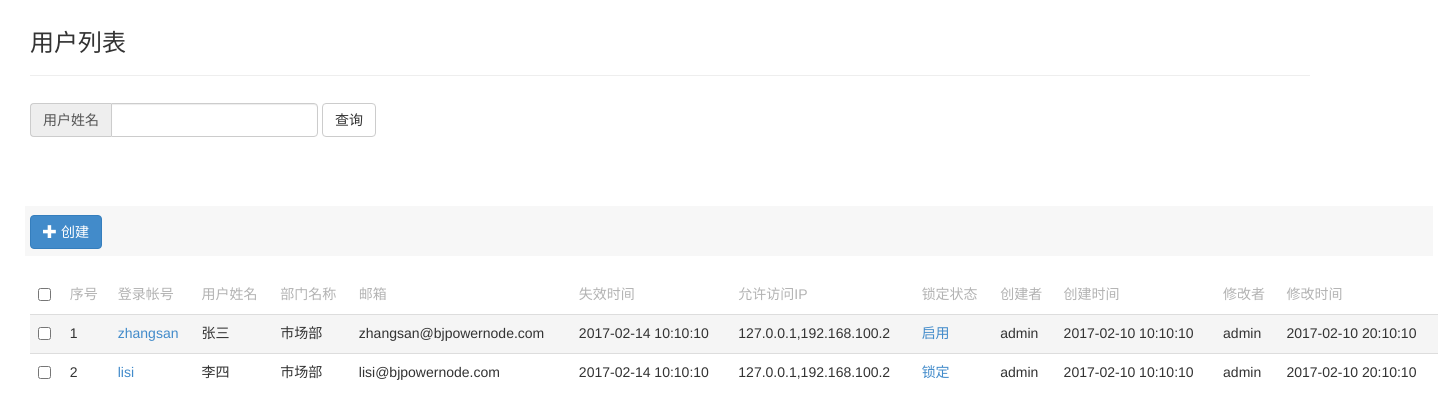
Repository: yangxshn/hsf
Page: hsf/user_consumer/src/main/webapp/index.html
These files come from the project's save history. The page is drawn as it stood at one moment and after the next save; the edit follows.
The browser window is 1280 px wide. The page is 1438 px wide, so the pictures cover 1438 px, including what lies to the right of the window. The pictures show the whole page.

Above is the page before, as saved 2017-09-29 06:46:40.

### hsf/user_consumer/src/main/webapp/index.html
<!DOCTYPE html>
<html>
<head>
<meta charset="UTF-8">
<link href="static/bootstrap_3.3.0/css/bootstrap.min.css" type="text/css" rel="stylesheet" />

<script type="text/javascript" src="static/jquery-1.11.1-min.js"></script>
<script type="text/javascript" src="static/bootstrap_3.3.0/js/bootstrap.min.js"></script>
</head>
<body>

	<!-- 创建用户的模态窗口 -->
	<div class="modal fade" id="createUserModal" role="dialog">
		<div class="modal-dialog" role="document" style="width: 90%;">
			<div class="modal-content">
				<div class="modal-header">
					<button type="button" class="close" data-dismiss="modal">
						<span aria-hidden="true">×</span>
					</button>
					<h4 class="modal-title" id="myModalLabel">新增用户</h4>
				</div>
				<div class="modal-body">

					<form class="form-horizontal" role="form">

						<div class="form-group">
							<label for="create-loginActNo" class="col-sm-2 control-label">登录帐号<span style="font-size: 15px; color: red;">*</span></label>
							<div class="col-sm-10" style="width: 300px;">
								<input type="text" class="form-control" id="create-loginActNo">
							</div>
							<label for="create-username" class="col-sm-2 control-label">用户姓名</label>
							<div class="col-sm-10" style="width: 300px;">
								<input type="text" class="form-control" id="create-username">
							</div>
						</div>
						<div class="form-group">
							<label for="create-loginPwd" class="col-sm-2 control-label">登录密码<span style="font-size: 15px; color: red;">*</span></label>
							<div class="col-sm-10" style="width: 300px;">
								<input type="password" class="form-control" id="create-loginPwd">
							</div>
							<label for="create-confirmPwd" class="col-sm-2 control-label">确认密码<span style="font-size: 15px; color: red;">*</span></label>
							<div class="col-sm-10" style="width: 300px;">
								<input type="password" class="form-control" id="create-confirmPwd">
							</div>
						</div>
						<div class="form-group">
							<label for="create-email" class="col-sm-2 control-label">邮箱</label>
							<div class="col-sm-10" style="width: 300px;">
								<input type="text" class="form-control" id="create-email">
							</div>
							<label for="create-expireTime" class="col-sm-2 control-label">失效时间</label>
							<div class="col-sm-10" style="width: 300px;">
								<input type="text" class="form-control" id="create-expireTime">
							</div>
						</div>
						<div class="form-group">
							<label for="create-lockStatus" class="col-sm-2 control-label">锁定状态</label>
							<div class="col-sm-10" style="width: 300px;">
								<select class="form-control" id="create-lockStatus">
								  <option></option>
								  <option>启用</option>
								  <option>锁定</option>
								</select>
							</div>
							<label for="create-org" class="col-sm-2 control-label">部门<span style="font-size: 15px; color: red;">*</span></label>
							<div class="col-sm-10" style="width: 300px;">
								<input type="text" class="form-control" id="create-org" placeholder="输入部门名称，自动补全">
							</div>
						</div>
						<div class="form-group">
							<label for="create-allowIps" class="col-sm-2 control-label">允许访问的IP</label>
							<div class="col-sm-10" style="width: 300px;">
								<input type="text" class="form-control" id="create-allowIps" style="width: 280%" placeholder="多个用逗号隔开">
							</div>
						</div>
					</form>
				</div>
				<div class="modal-footer">
				<button type="button" class="btn btn-primary" data-dismiss="modal">保存</button>
					<button type="button" class="btn btn-default" data-dismiss="modal">关闭</button>
				</div>
			</div>
		</div>
	</div>


	<div>
		<div style="position: relative; left: 30px; top: -10px;">
			<div class="page-header">
				<h3>用户列表</h3>
			</div>
		</div>
	</div>

	<div class="btn-toolbar" role="toolbar" style="position: relative; height: 80px; left: 30px; top: -10px;">
		<form class="form-inline" role="form" style="position: relative;top: 8%; left: 5px;">

		  <div class="form-group">
		    <div class="input-group">
		      <div class="input-group-addon">用户姓名</div>
		      <input class="form-control" type="text">
		    </div>
		  </div>

		  <button type="submit" class="btn btn-default">查询</button>

		</form>
	</div>


	<div class="btn-toolbar" role="toolbar" style="background-color: #F7F7F7; height: 50px; position: relative;left: 30px; width: 110%; top: 20px;">
		<div class="btn-group" style="position: relative; top: 18%;">
		  <button type="button" class="btn btn-primary" data-toggle="modal" data-target="#createUserModal"><span class="glyphicon glyphicon-plus"></span> 创建</button>
		</div>
	</div>

	<div style="position: relative; left: 30px; top: 40px; width: 110%">
		<table class="table table-hover">
			<thead>
				<tr style="color: #B3B3B3;">
					<td><input type="checkbox" /></td>
					<td>序号</td>
					<td>登录帐号</td>
					<td>用户姓名</td>
					<td>部门名称</td>
					<td>邮箱</td>
					<td>失效时间</td>
					<td>允许访问IP</td>
					<td>锁定状态</td>
					<td>创建者</td>
					<td>创建时间</td>
					<td>修改者</td>
					<td>修改时间</td>
				</tr>
			</thead>
			<tbody>
				<tr class="active">
					<td><input type="checkbox" /></td>
					<td>1</td>
					<td><a  href="detail.html">zhangsan</a></td>
					<td>张三</td>
					<td>市场部</td>
					<td>zhangsan@bjpowernode.com</td>
					<td>2017-02-14 10:10:10</td>
					<td>127.0.0.1,192.168.100.2</td>
					<td><a href="javascript:void(0);" onclick="window.confirm('您确定要锁定该用户吗？');" style="text-decoration: none;">启用</a></td>
					<td>admin</td>
					<td>2017-02-10 10:10:10</td>
					<td>admin</td>
					<td>2017-02-10 20:10:10</td>
				</tr>
				<tr>
					<td><input type="checkbox" /></td>
					<td>2</td>
					<td><a  href="detail.html">lisi</a></td>
					<td>李四</td>
					<td>市场部</td>
					<td>lisi@bjpowernode.com</td>
					<td>2017-02-14 10:10:10</td>
					<td>127.0.0.1,192.168.100.2</td>
					<td><a href="javascript:void(0);" onclick="window.confirm('您确定要启用该用户吗？');" style="text-decoration: none;">锁定</a></td>
					<td>admin</td>
					<td>2017-02-10 10:10:10</td>
					<td>admin</td>
					<td>2017-02-10 20:10:10</td>
				</tr>
			</tbody>
		</table>
	</div>

</body>
</html>

Loaded but not shown: hsf/user_consumer/src/main/webapp/static/bootstrap_3.3.0/css/bootstrap.min.css (library); hsf/user_consumer/src/main/webapp/static/jquery-1.11.1-min.js (library); hsf/user_consumer/src/main/webapp/static/bootstrap_3.3.0/js/bootstrap.min.js (library)

After the next save:
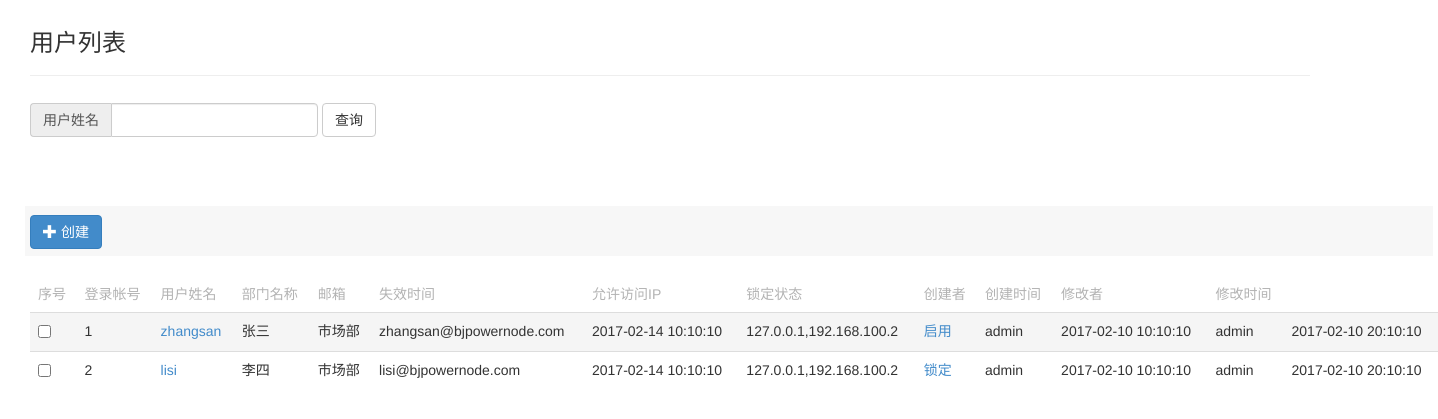
Saved 71 s later.
--- a/hsf/user_consumer/src/main/webapp/index.html
+++ b/hsf/user_consumer/src/main/webapp/index.html
@@ -118,7 +118,6 @@
 		<table class="table table-hover">
 			<thead>
 				<tr style="color: #B3B3B3;">
-					<td><input type="checkbox" /></td>
 					<td>序号</td>
 					<td>登录帐号</td>
 					<td>用户姓名</td>
